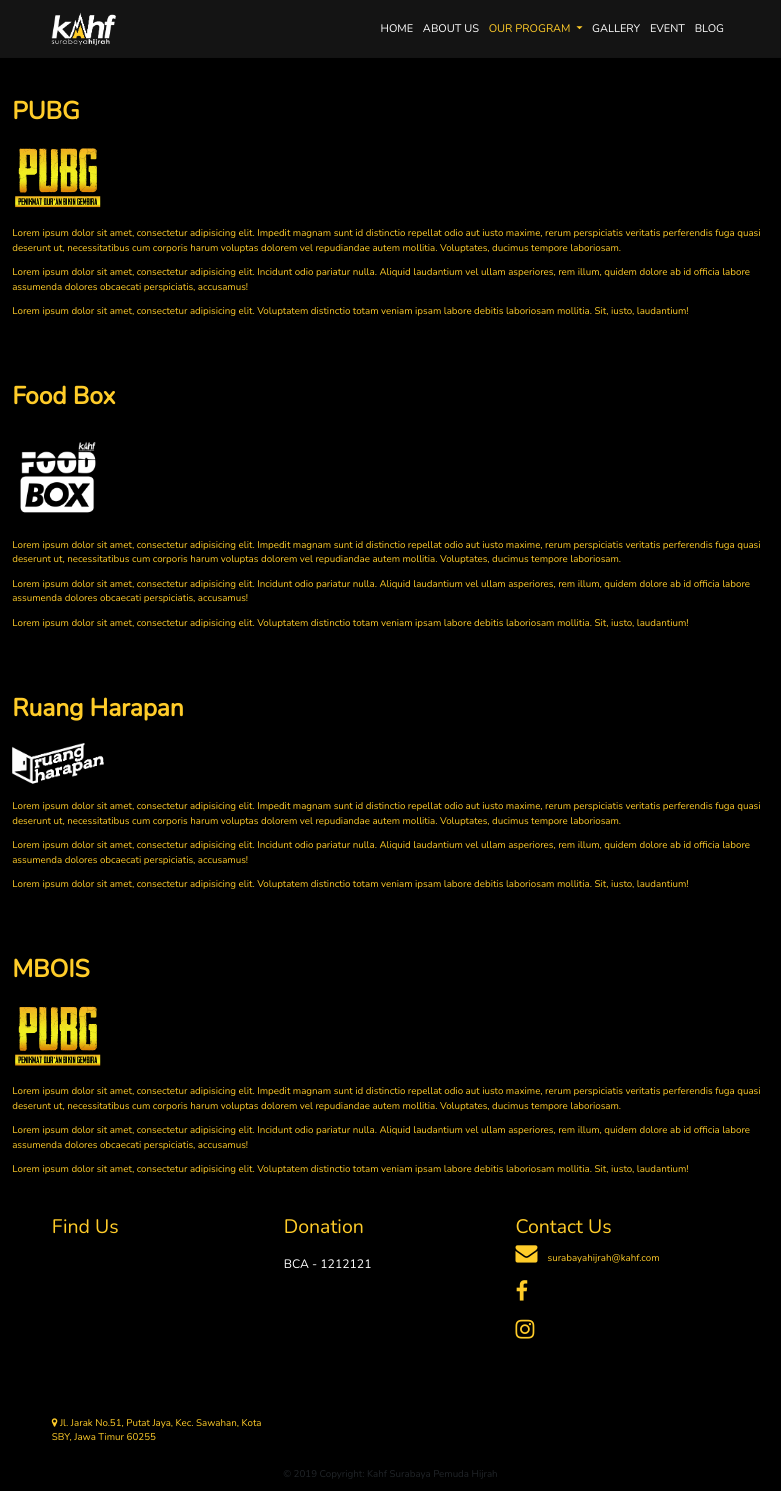
Repository: shandytp/surabaya-hijrah
Page: http://localhost/pubg.php
The author's editor kept a copy of each file at every save. The page is drawn from the files as they stood at one save, then again after the next save.
The browser window is 1280 px wide. The pictures show the whole page, at 61% of full size.
Pictures or frames that could not be fetched are drawn as grey boxes. Some web libraries are served in a nearby version. The page is run by PHP 8.4 with error messages shown; the project is at /var/www/html/.

Above is the page before, as saved 2019-08-24 10:49:00.
Console error: TypeError: Cannot read properties of undefined (reading 'fn')

### pubg.php
<!-- Tim IT Surabaya Hijrah
- Wisnu Aria Y (Project Leader & Front End Developer)
- Moch Shandy Tsalasa Putra (Front End Developer)
- Aryo Budilaksono (Back End Developer)
- Kelvin Adji Pangestu (Back End Developer)
-->

<!DOCTYPE html>
<html lang="en">
<head>
    <meta charset="UTF-8">
    <meta name="author" content="Wisnu Aria Y,Moch Shandy Tsalasa Putra">
    <meta name="viewport" content="width=device-width, initial-scale=1.0">
    <meta http-equiv="X-UA-Compatible" content="ie=edge">
    <!-- Icon -->

    <link rel="shortcut icon" href="pictures/kahf.png" type="image/x-icon">
    <link rel="icon" href="pictures/favicon.ico" type="image/x-icon">

    <!-- Source CDN (Content Delivery Network) -->

    <!-- Navbar Bootstrap -->
    <link rel="stylesheet" href="https://maxcdn.bootstrapcdn.com/bootstrap/4.0.0-beta/css/bootstrap.min.css" integrity="sha384-/Y6pD6FV/Vv2HJnA6t+vslU6fwYXjCFtcEpHbNJ0lyAFsXTsjBbfaDjzALeQsN6M" crossorigin="anonymous">
    <script src="//maxcdn.bootstrapcdn.com/bootstrap/4.0.0/js/bootstrap.min.js"></script>
    <script src="//code.jquery.com/jquery-1.11.1.min.js"></script>

    <!-- Glider JS -->
    <link rel="stylesheet" href="css/glider.min.css" type="text/css">

    <!-- Icon-icon -->
    <link rel="stylesheet" href="https://stackpath.bootstrapcdn.com/font-awesome/4.7.0/css/font-awesome.min.css">

    <!-- Program -->

    <!-- Main CSS -->
    <link rel="stylesheet" href="css/main.css">

    <!-- Title -->
    <title>Surabaya Hijrah</title>
</head>
<body>
<!-- Navbar -->
<header>
       <nav class="navbar navbar-expand-lg navbar-light bg-dark text-light py-3 main-nav">
          <div class="container">
            <a class="navbar-brand " href="index.php"><img src="pictures/kahflogo.png" width="105" height="52.5" alt="Kahf Logo"></a>
              <button class="navbar-toggler" type="button" data-toggle="collapse" data-target="#navbarSupportedContent" aria-controls="navbarSupportedContent" aria-expanded="false" aria-label="Toggle navigation">
                <span class="navbar-toggler-icon"></span>
              </button>

              <div class="collapse navbar-collapse " id="navbarSupportedContent">
                <ul class="navbar-nav ml-auto">
                <!-- Active itu buat halaman yang sedang dikunjungi -->
                  <li class="nav-item ">
                    <a class="nav-link link-3" href="index.php">Home <span class="sr-only">(current)</span></a>
                  </li>
                  <li class="nav-item ">
                    <a class="nav-link link-3" href="about.php">About Us</a>
                  </li>
                  <li class="nav-item dropdown active">
                    <a class="nav-link dropdown-toggle" href="#" id="navbardrop" data-toggle="dropdown">
                    Our Program
                    </a>
                    <div class="dropdown-menu sm-menu bg-dark">
                      <a class="dropdown-item" href="pubg.php">PUBG</a>
                      <a class="dropdown-item" href="foodbox.php">Food Box</a>
                      <a class="dropdown-item" href="ruangharapan.php">Ruang Harapan</a>
                      <a class="dropdown-item" href="mbois.php">MBOIS</a>
                    </div>
                  </li>
                  <li class="nav-item">
                    <a class="nav-link link-3" href="gallery.php">Gallery</a>
                  </li>
                  <li class="nav-item">
                    <a class="nav-link link-3" href="event.php">Event</a>
                  </li>
                  <li class="nav-item">
                    <a class="nav-link link-3" href="blog.php">Blog</a>
                  </li>
                </ul>
              </div>
          </div>
        </nav>
    </header>

    <!-- Optional JavaScript -->
    <!-- jQuery first, then Popper.js, then Bootstrap JS -->
    <script src="https://code.jquery.com/jquery-3.2.1.slim.min.js" integrity="sha384-KJ3o2DKtIkvYIK3UENzmM7KCkRr/rE9/Qpg6aAZGJwFDMVNA/GpGFF93hXpG5KkN" crossorigin="anonymous"></script>
    <script src="https://cdnjs.cloudflare.com/ajax/libs/popper.js/1.11.0/umd/popper.min.js" integrity="sha384-b/U6ypiBEHpOf/4+1nzFpr53nxSS+GLCkfwBdFNTxtclqqenISfwAzpKaMNFNmj4" crossorigin="anonymous"></script>
    <script src="https://maxcdn.bootstrapcdn.com/bootstrap/4.0.0-beta/js/bootstrap.min.js" integrity="sha384-h0AbiXch4ZDo7tp9hKZ4TsHbi047NrKGLO3SEJAg45jXxnGIfYzk4Si90RDIqNm1" crossorigin="anonymous"></script>

    <script src="js/navbar.js"></script>


    <div class="blog-post">
    <h1 class="blog-post-title">PUBG</h1>
    <div class="blog-post-body">
    <div class="img-wrapper">
      <img src="pictures/PUBG.png" class="img-fluid">
    </div>
    <br/>
      <p class="blog-post-p">
        Lorem ipsum dolor sit amet, consectetur adipisicing elit. Impedit magnam sunt id distinctio repellat odio aut iusto maxime, rerum perspiciatis veritatis perferendis fuga quasi deserunt ut, necessitatibus cum corporis harum voluptas dolorem vel repudiandae autem mollitia. Voluptates, ducimus tempore laboriosam.
      </p>
      <p class="blog-post-p">
        Lorem ipsum dolor sit amet, consectetur adipisicing elit. Incidunt odio pariatur nulla. Aliquid laudantium vel ullam asperiores, rem illum, quidem dolore ab id officia labore assumenda dolores obcaecati perspiciatis, accusamus!
      </p>
      <p class="blog-post-p">
        Lorem ipsum dolor sit amet, consectetur adipisicing elit. Voluptatem distinctio totam veniam ipsam labore debitis laboriosam mollitia. Sit, iusto, laudantium!
      </p>
    </div>
  </div>

  <div class="blog-post">
    <h1 class="blog-post-title">Food Box</h1>
    <div class="blog-post-body">
    <div class="img-wrapper">
      <img src="pictures/logo-food-box-putih.png" class="img-fluid">
    </div>
    <br/>
      <p class="blog-post-p">
        Lorem ipsum dolor sit amet, consectetur adipisicing elit. Impedit magnam sunt id distinctio repellat odio aut iusto maxime, rerum perspiciatis veritatis perferendis fuga quasi deserunt ut, necessitatibus cum corporis harum voluptas dolorem vel repudiandae autem mollitia. Voluptates, ducimus tempore laboriosam.
      </p>
      <p class="blog-post-p">
        Lorem ipsum dolor sit amet, consectetur adipisicing elit. Incidunt odio pariatur nulla. Aliquid laudantium vel ullam asperiores, rem illum, quidem dolore ab id officia labore assumenda dolores obcaecati perspiciatis, accusamus!
      </p>
      <p class="blog-post-p">
        Lorem ipsum dolor sit amet, consectetur adipisicing elit. Voluptatem distinctio totam veniam ipsam labore debitis laboriosam mollitia. Sit, iusto, laudantium!
      </p>
    </div>
  </div>

  <div class="blog-post">
    <h1 class="blog-post-title">Ruang Harapan</h1>
    <div class="blog-post-body">
    <div class="img-wrapper">
      <img src="pictures/logo-rh-putih.png" class="img-fluid">
    </div>
    <br/>
      <p class="blog-post-p">
        Lorem ipsum dolor sit amet, consectetur adipisicing elit. Impedit magnam sunt id distinctio repellat odio aut iusto maxime, rerum perspiciatis veritatis perferendis fuga quasi deserunt ut, necessitatibus cum corporis harum voluptas dolorem vel repudiandae autem mollitia. Voluptates, ducimus tempore laboriosam.
      </p>
      <p class="blog-post-p">
        Lorem ipsum dolor sit amet, consectetur adipisicing elit. Incidunt odio pariatur nulla. Aliquid laudantium vel ullam asperiores, rem illum, quidem dolore ab id officia labore assumenda dolores obcaecati perspiciatis, accusamus!
      </p>
      <p class="blog-post-p">
        Lorem ipsum dolor sit amet, consectetur adipisicing elit. Voluptatem distinctio totam veniam ipsam labore debitis laboriosam mollitia. Sit, iusto, laudantium!
      </p>
    </div>
  </div>

  <div class="blog-post">
    <h1 class="blog-post-title">MBOIS</h1>
    <div class="blog-post-body">
    <div class="img-wrapper">
      <img src="pictures/PUBG.png" class="img-fluid">
    </div>
    <br/>
      <p class="blog-post-p">
        Lorem ipsum dolor sit amet, consectetur adipisicing elit. Impedit magnam sunt id distinctio repellat odio aut iusto maxime, rerum perspiciatis veritatis perferendis fuga quasi deserunt ut, necessitatibus cum corporis harum voluptas dolorem vel repudiandae autem mollitia. Voluptates, ducimus tempore laboriosam.
      </p>
      <p class="blog-post-p">
        Lorem ipsum dolor sit amet, consectetur adipisicing elit. Incidunt odio pariatur nulla. Aliquid laudantium vel ullam asperiores, rem illum, quidem dolore ab id officia labore assumenda dolores obcaecati perspiciatis, accusamus!
      </p>
      <p class="blog-post-p">
        Lorem ipsum dolor sit amet, consectetur adipisicing elit. Voluptatem distinctio totam veniam ipsam labore debitis laboriosam mollitia. Sit, iusto, laudantium!
      </p>
    </div>
  </div>

<!-- Footer -->
<footer>
<br/>
        <div class="container">
          <div class="row">
            <div class="col-md-8 col-sm-8">
              <div class="row footer-menu">
                <!-- Find Us Location -->
                <div class="col-md-6 col-xs-12">
                  <h2 class="footer">
                    Find Us
                  </h2>
                    <div class="embed-responsive embed-responsive-4by3">
                      <iframe src="https://www.google.com/maps/embed?pb=!1m18!1m12!1m3!1d3957.6525253721115!2d112.71829691354493!3d-7.2803191735654424!2m3!1f0!2f0!3f0!3m2!1i1024!2i768!4f13.1!3m3!1m2!1s0x2dd7fba2c2498407%3A0xcd27f60f463c0dfd!2sRuang+Harapan-Kahf+Surabaya+Hijrah!5e0!3m2!1sid!2sid!4v1565593698302!5m2!1sid!2sid" width="425" height="350" frameborder="0" style="border:0" allowfullscreen>
                      </iframe>
                    </div>
                    <a href="https://g.page/surabayahijrah?share"
                        target="_blank"><i class="fa fa-map-marker" aria-hidden="true"></i> Jl. Jarak No.51, Putat Jaya, Kec. Sawahan, Kota SBY, Jawa Timur 60255</a>
                </div>
                <div class="col-md-6 col-xs-12">
                  <h2 class="footer">Donation</h2>
                  <br>
                  <h5>BCA - 1212121</h5>
                </div>
              </div>
            </div>
            <div class="col-md-4 col-sm-4">
              <h2 class="footer">Contact Us</h2>
              <ul class="follow-us clearfix">
                  <li><a href="#"><i class="fa fa-envelope" aria-hidden="true" style="font-size:36px"></i>&nbsp;&nbsp;&nbsp;&nbsp;surabayahijrah@kahf.com</a><a href="#"></a></li>
                  <br>
                  <li><a href="#"><i class="fa fa-facebook" aria-hidden="true" style="font-size:36px"></i></a></li>
                  <br>
                  <li><a href="#"><i class="fa fa-instagram" aria-hidden="true" style="font-size:36px"></i></a></li>
            </ul>
            </div>
          </div>
        </div>

          <!-- Copyright -->
        <div class="footer-copyright text-center py-3">© 2019 Copyright: Kahf Surabaya Pemuda Hijrah</div>
  <!-- Copyright -->
</footer>


</body>
</html>

### css/glider.min.css
.glider,
.glider-contain {
  margin: 0 auto;
  position: relative;
}
.glider,
.glider-track {
  transform: translateZ(0);
}
.glider-dot,
.glider-next,
.glider-prev {
  border: 0;
  padding: 0;
  user-select: none;
  outline: 0;
}
.glider-contain {
  width: 100%;
}
.glider {
  overflow-y: hidden;
  -webkit-overflow-scrolling: touch;
  -ms-overflow-style: none;
}
.glider-track {
  width: 100%;
  margin: 0;
  padding: 0;
  display: flex;
  z-index: 1;
}
.glider.draggable {
  user-select: none;
  cursor: -webkit-grab;
  cursor: grab;
}
.glider.draggable .glider-slide img {
  user-select: none;
  pointer-events: none;
}
.glider.drag {
  cursor: -webkit-grabbing;
  cursor: grabbing;
}
.glider-slide {
  user-select: none;
  justify-content: center;
  align-content: center;
  width: 100%;
  min-width: 150px;
}
.glider-slide img {
  max-width: 100%;
}
.glider::-webkit-scrollbar {
  opacity: 0;
  height: 0;
}
.glider-next,
.glider-prev {
  position: absolute;
  background: 0 0;
  z-index: 2;
  font-size: 40px;
  text-decoration: none;
  left: -23px;
  top: 30%;
  cursor: pointer;
  color: #666;
  opacity: 1;
  line-height: 1;
  transition: opacity 0.5s cubic-bezier(0.17, 0.67, 0.83, 0.67), color 0.5s cubic-bezier(0.17, 0.67, 0.83, 0.67);
}
.glider-next:focus,
.glider-next:hover,
.glider-prev:focus,
.glider-prev:hover {
  color: #ffbf00;
}
.glider-next {
  right: -23px;
  left: auto;
}
.glider-next.disabled,
.glider-prev.disabled {
  opacity: 0.25;
  color: #666;
  cursor: default;
}
.glider-hide {
  opacity: 0;
}
.glider-dots {
  user-select: none;
  display: flex;
  flex-wrap: wrap;
  justify-content: center;
  margin: 0 auto;
  padding: 0;
}
.glider-dot {
  display: block;
  cursor: pointer;
  color: #ccc;
  border-radius: 999px;
  background: #ccc;
  width: 12px;
  height: 12px;
  margin: 7px;
}
.glider-dot:focus,
.glider-dot:hover {
  background: #dddddd;
}
.glider-dot.active {
  background: #ffbf00;
}
@media (max-width: 36em) {
  .glider::-webkit-scrollbar {
    opacity: 1;
    -webkit-appearance: none;
    width: 7px;
    height: 3px;
  }
  .glider::-webkit-scrollbar-thumb {
    opacity: 1;
    border-radius: 99px;
    background-color: rgba(156, 156, 156, 0.25);
    -webkit-box-shadow: 0 0 1px rgba(255, 255, 255, 0.25);
    box-shadow: 0 0 1px rgba(255, 255, 255, 0.25);
  }
}

### css/main.css
/* Kahf Logo Color : rgb(255, 204, 41) */

/* @import url("https://fonts.googleapis.com/css?family=Red+Hat+Display&display=swap"); */
@import url("https://fonts.googleapis.com/css?family=Nunito&display=swap");

header .main-nav {
  /* coba gawe initial */
  position: initial;
  top: 0;
  left: 0;
  width: 100%;
  z-index: 1240;
  font-size: 18px;
  text-transform: uppercase;
}
/* Body */
body {
  font-family: "Nunito", sans-serif;
  background: black;
  margin: 0;
}

/*OUR PROGRAM...................................*/
/* per content wrapper */
.blog-post {
  /* border: 1px solid rgb(255, 204, 41); */
  margin-bottom: 5px;
  padding: 20px;
}
/* image wrapper */
.img-wrapper {
  width: 150px;
}

/* .blog-post-p p {
  margin-top: 0;
} */
/*VISI MISI.....................................*/
.visi {
  padding: 20px;
}

/*ABOUT US......................................*/
h1 {
  margin: 40px 0 30px 0;
  background: black;
  color: rgb(255, 204, 41);
  font-weight: bold;
  padding: 5px 0px;
}
h3,
p {
  color: rgb(255, 204, 41);
}

.our-team-main {
  width: 100%;
  height: auto;
  border-bottom: 5px #323233 solid;
  background: #fff;
  text-align: center;
  border-radius: 10px;
  overflow: hidden;
  position: relative;
  transition: 0.5s;
  margin-bottom: 28px;
}

.our-team-main img {
  border-radius: 50%;
  margin-bottom: 20px;
  width: 150px; /*Ngatur Size fotoe */
}

.our-team-main h3 {
  font-size: 20px;
  font-weight: 700;
}

.our-team-main p {
  margin-bottom: 0;
}

.team-back {
  width: 100%;
  height: auto;
  position: absolute;
  top: 0;
  left: 0;
  padding: 5px 15px 0 15px;
  text-align: center;
  background: #fff;
}

.team-front /*Atur Background e */
 {
  width: 100%;
  height: auto;
  position: relative;
  z-index: 10;
  background: rgb(20, 20, 20);
  padding: 70px;
  bottom: 0px;
  transition: all 0.5s ease;
}

.our-team-main:hover .team-front {
  bottom: -200px;
  transition: all 0.5s ease;
}

.our-team-main:hover {
  border-color: #777;
  transition: 0.5s;
}

/*our-team-main*/

/*BLOG..........................................*/
ul {
  margin: 0px;
  padding: 0px;
}
a:focus,
a:hover,
.portfolio-cat a:hover,
.footer -menu li a:hover {
  color: #2b96cc;
  text-decoration: none;
}
.section-title h2 {
  position: relative;
  margin-bottom: 45px;
  display: inline-block;
  font-weight: 600;
  line-height: 1;
}
.section-title h2::before {
  content: "";
  position: absolute;
  left: 50%;
  width: 60px;
  height: 2px;
  background: #ff5e14;
  bottom: -25px;
  margin-left: -30px;
}
.section-title.service-title p {
  padding: 0 190px;
  margin-bottom: 10px;
}
.blog-area {
  background: #f8f9fa;
  min-height: 100vh;
}
.blog-wrapper {
  background: #fff;
  overflow: hidden;
  padding: 20px;
}
.home-blog-wrapper {
  transition: 0.3s;
}
.blog-wrapper.home-blog-wrapper:hover {
  box-shadow: 10px 20px 30px rgba(0, 0, 0, 0.12);
}
.blog-thumb {
  margin-bottom: 20px;
}
.blog-title {
  display: inline-block;
  font-size: 30px;
  font-weight: 600;
  line-height: 1.4;
  margin: 10px 0 15px;
  padding: 0;
  text-align: left;
}
.blog-content.home-blog h2 {
  font-size: 18px;
  margin-bottom: 10px;
}
.blog-content.home-blog p {
  margin-bottom: 10px;
}
.link-box.home-blog-link a {
  font-size: 14px;
  color: #ff5e14;
}
.blog-title a {
  color: #222;
}
.link-box a {
  color: #555;
}
.link-box a:hover {
  color: #ff5e14;
}
.blog-title a:hover {
  color: #ff5e14;
}
.meta-info ul li {
  color: #9e9e9e;
  display: inline-block;
  font-size: 11px;
  padding: 0 12px;
  position: relative;
  text-transform: uppercase;
  font-weight: 700;
}
.embed-responsive {
  margin-bottom: 20px;
}
.meta-info ul li:first-child {
  padding-left: 0;
}
.meta-info ul li a {
  color: #ff5e14;
}
.meta-info ul li a:hover {
  color: #444;
}
.meta-info ul li::before {
  border: 1px solid #999;
  border-radius: 5px;
  content: "";
  height: 5px;
  left: -4px;
  position: absolute;
  top: 6px;
  width: 5px;
}
.meta-info ul li:first-child:before {
  display: none;
}
.blog-thumb img {
  width: 100%;
}
.link-box a {
  font-weight: 600;
}

/*EVENT...................................... */
.midtext {
  text-align: center;
}

.polaroids {
  margin: 0 auto;
  padding: 20px;
  text-align: center;
  background-color: rgb(255, 204, 41);
}

.polaroid {
  display: inline-block;
  margin: 10px;
  position: relative;
  width: auto;
}

.polaroid img {
  /*modif background fotonya */
  border: 12px solid black;
  border-bottom: 120px solid black;
  -webkit-box-shadow: 3px 3px 3px #888;
  -moz-box-shadow: 3px 3px 3px #888;
  box-shadow: 3px 3px 3px #888;
  height: 400px;
  max-width: 420px;
}

.polaroid p {
  /* setting posisi tulisan */
  color: white;
  font: 500 18px/22px;
  position: absolute;
  left: 10px;
  bottom: -5px;
  text-align: left;
  width: 100%;
}

/* GALLERY..................................*/
.gallery-wraper {
  margin: 30px 0px 50px;
  color: red !important;
}

.gallery {
  /* margin: 10px 50px; */ /*sumber masalah*/
  padding-left: 80px;
}
.gallery img {
  width: 230px;
  padding: 10px;
  transition: 1s;
}

.gallery img:hover {
  transform: scale(1.1);
}

/* NAVBAR......................................*/
.nav-link.active {
  color: white;
}
.navbar-nav .nav-item .nav-link {
  color: white;
}
/* Navbar versi lama */

.navbar-nav .nav-item.active .nav-link,
.navbar-nav .nav-item:hover .nav-link {
  color: rgb(255, 204, 41);
}

/* Hamburger Menu when Responsive */
.navbar-toggler {
  background-color: rgb(255, 204, 41);
}

.dropdown-item {
  color: rgb(255, 204, 41);
}

/*Navbar Background Color*/
.bg-dark {
  background-color: rgb(20, 20, 20) !important;
}

/* Wrapper Glider........................... */
.glider-contain {
  width: 100%;
}

/* Right Icon for Glider */
.glider-next {
  right: 30px;
  top: 50%;
}

/* Left Icon for Glider */
.glider-prev {
  left: 30px;
  top: 50%;
}

/* Tulisan di Footer */
.footer {
  color: rgb(255, 204, 41);
}

/* Wrapper Footer */
.row {
  padding-bottom: 10px;
}

/* Location Marker Logo, Tulisan di Footer */
.fa-map-marker,
a {
  color: rgb(255, 204, 41);
}

/* Warna Footer */
h5 {
  color: white;
}
/* MENU PROGRAM KAHF........................................ */
.row.heading h2 {
  color: rgb(255, 204, 41);
  font-size: 52.52px;
  line-height: 95px;
  font-weight: 400;
  text-align: center;
  /* margin: 0 0 40px;*/ /* Jarak Kotak menu ke tulisan Our Program */
  padding-bottom: 20px;
}
ul {
  margin: 0;
  padding: 0;
  list-style: none;
}
.heading.heading-icon {
  display: block;
}
.padding-lg {
  display: block;
  /* padding-top: 60px;  */ /* Jarak Wrapping ke Slider */
  padding-bottom: 60px;
}
.practice-area.padding-lg {
  padding-bottom: 55px;
  padding-top: 55px;
}
.practice-area .inner {
  border: 1px solid #999999;
  text-align: center;
  margin-bottom: 28px;
  padding: 40px 25px;
}
.our-webcoderskull .cnt-block:hover {
  box-shadow: 0px 0px 10px rgba(0, 0, 0, 0.3);
  border: 0;
}
.practice-area .inner h3 {
  color: #3c3c3c;
  font-size: 24px;
  font-weight: 500;
  font-family: "Poppins", sans-serif;
  padding: 10px 0;
}
.practice-area .inner p {
  font-size: 14px;
  line-height: 22px;
  font-weight: 400;
}
.practice-area .inner img {
  display: inline-block;
}

.our-webcoderskull {
  background-color: rgb(30, 30, 30);
}
.our-webcoderskull .cnt-block {
  /*warna kotake */
  float: left;
  width: 100%;
  background: black;
  padding: 50px 10px;
  text-align: center;
  border: 2px solid rgb(255, 204, 41);
  margin: 0 0 28px;
}
.our-webcoderskull .cnt-block figure {
  /*lebar fotone*/
  width: 148px;
  height: 148px;
  border-radius: 100%;
  display: inline-block;
  margin-bottom: 15px;
}
.our-webcoderskull .cnt-block img {
  width: 150px;
  /* height: 150px; */
}
.our-webcoderskull .cnt-block h3 {
  color: black;
  font-size: 20px;
  font-weight: 500;
  padding: 6px 0;
  text-transform: uppercase;
}
.our-webcoderskull .cnt-block h3 a {
  text-decoration: none;
  color: white;
}
.our-webcoderskull .cnt-block h3 a:hover {
  color: gold;
}

/* Desc Box */
.our-webcoderskull .cnt-block p {
  color: gold;
  font-size: 13px;
  line-height: 20px;
  font-weight: 400;
}
.our-webcoderskull .cnt-block .follow-us {
  margin: 20px 0 0;
}
.our-webcoderskull .cnt-block .follow-us li {
  display: inline-block;
  width: auto;
  margin: 0 5px;
}
.our-webcoderskull .cnt-block .follow-us li .fa {
  /*warna facebook dkk */
  font-size: 24px;
  color: red;
}

/* Warna Hover dari Medsos dkk */
.our-webcoderskull .cnt-block .follow-us li .fa:hover {
  color: gold;
}

### js/navbar.js
var mn = $(".main-nav");
mns = "main-nav-scrolled";
hdr = $('header').height();

$(window).scroll(function () {
    if ($(this).scrollTop() > hdr) {
        mn.addClass(mns);
    } else {
        mn.removeClass(mns);
    }
});

After the next save:
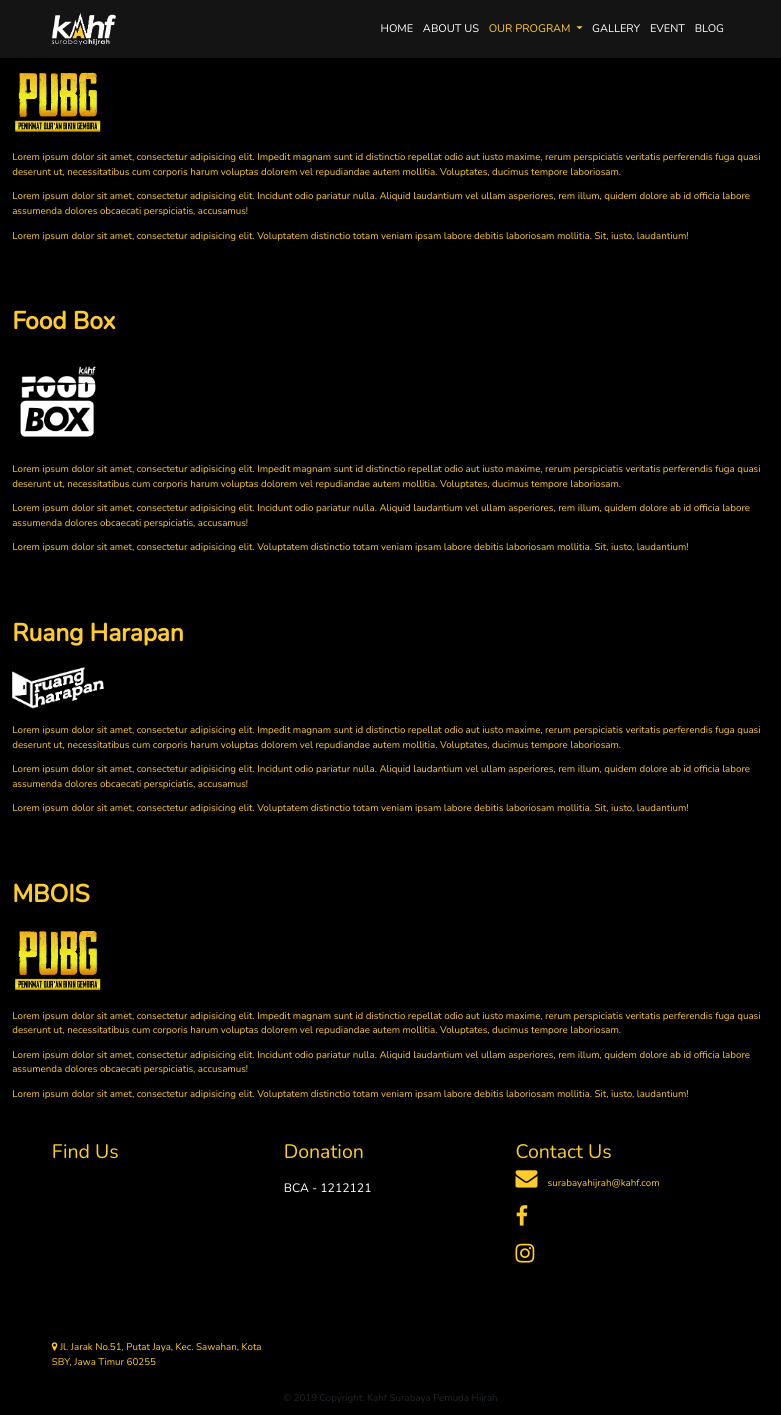
Saved 119 s later.
--- a/pubg.php
+++ b/pubg.php
@@ -93,7 +93,7 @@
 
 
     <div class="blog-post">
-    <h1 class="blog-post-title">PUBG</h1>
+    <!-- <h1 class="blog-post-title">PUBG</h1> -->
     <div class="blog-post-body">
     <div class="img-wrapper">
       <img src="pictures/PUBG.png" class="img-fluid">
